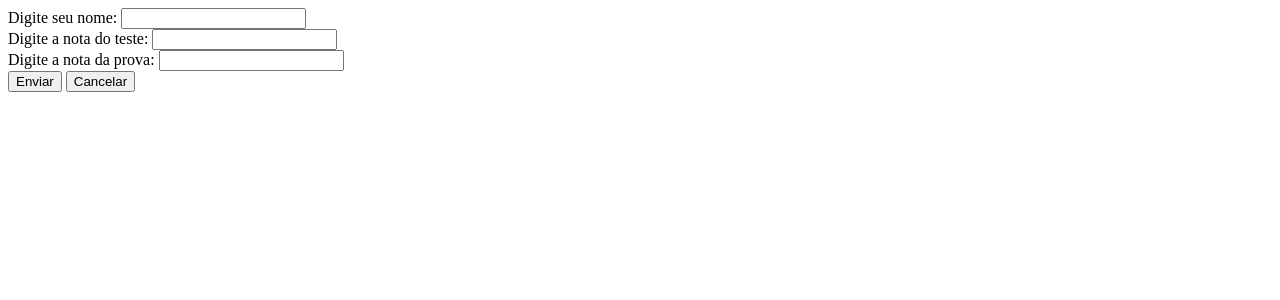
Repository: 0verthrive/Java
Page: JavaIntermediario/segundaAula-21-01/fourthExemple/src/main/webapp/index.html
These files come from the project's save history. The page is drawn as it stood at one moment and after the next save; the edit follows.
The browser window is 1280 px wide. The pictures show the whole page.

Above is the page before, as saved 2022-01-27 00:16:09.

After the next save:
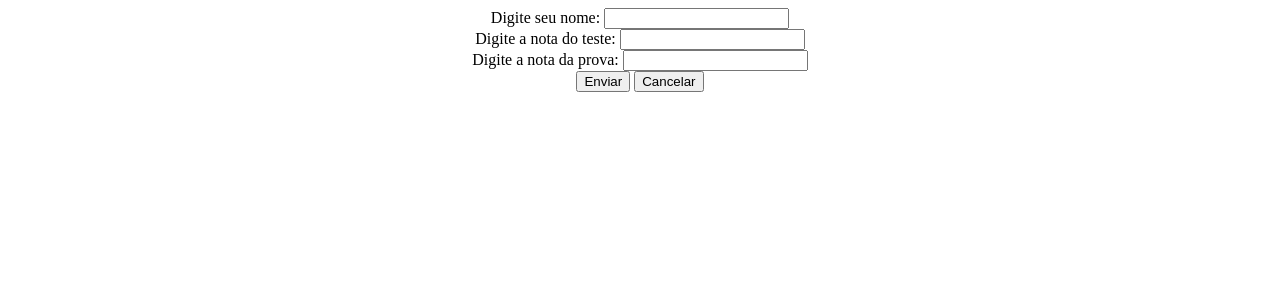
Saved 2 min 8 s later.
--- a/JavaIntermediario/segundaAula-21-01/fourthExemple/src/main/webapp/index.html
+++ b/JavaIntermediario/segundaAula-21-01/fourthExemple/src/main/webapp/index.html
@@ -1,6 +1,15 @@
 <!DOCTYPE html>
 <html>
 <head>
+	<style>
+		.container{
+			display: flex;
+			justify-content: center;
+			align-content: center;
+			text-align: center;
+			padding: 50 50 50 50;
+		}
+	</style>
 <meta charset="ISO-8859-1">
 <title>Insert title here</title>
 </head>
